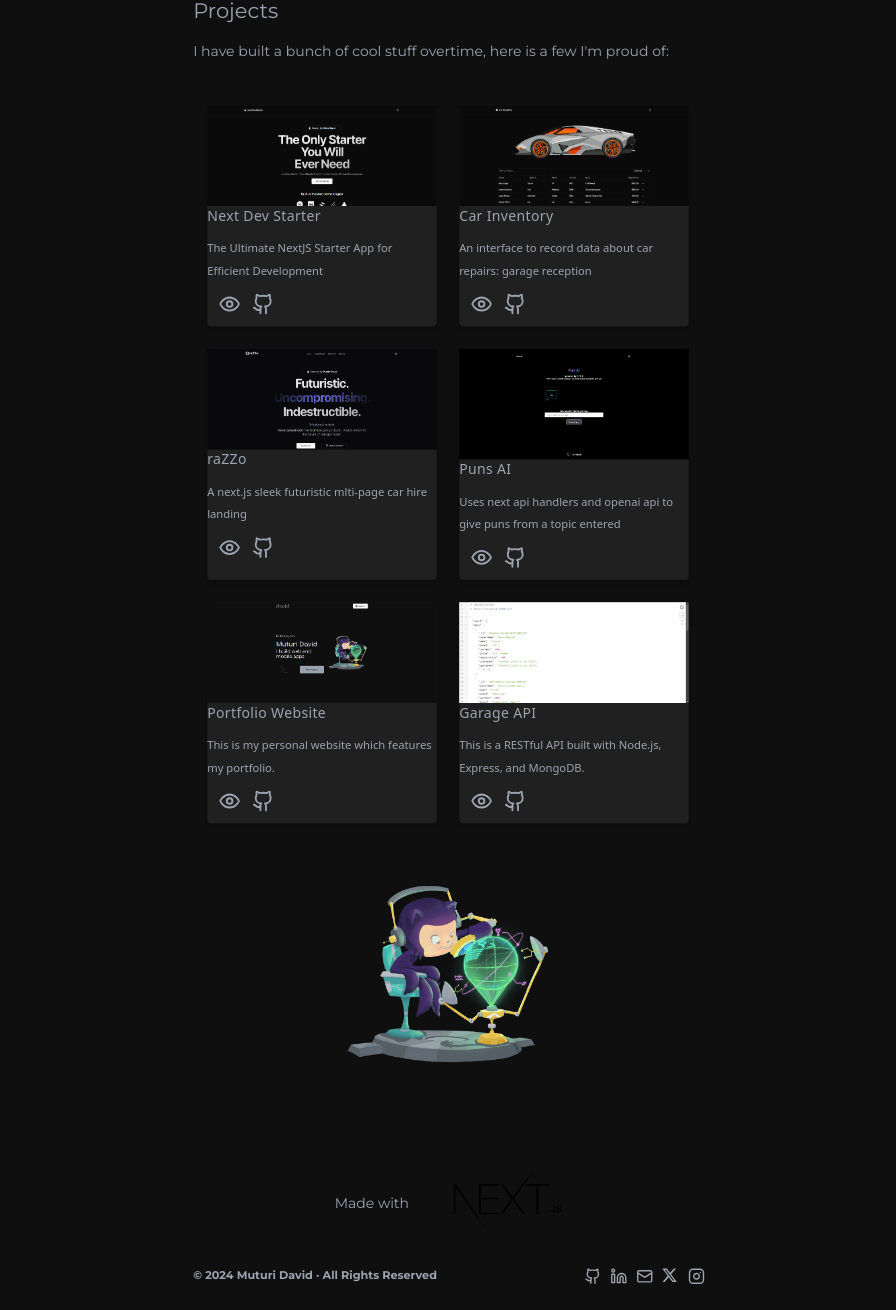
Repository: tushcmd/tushdev-portfolio
Page: /
These files come from the project's save history. The page is drawn as it stood at one moment and after the next save; the edit follows.
The browser window is 1280 px wide. The pictures show the part of the page from y = 2186 to 4106 px (the page is 4058 px tall before and 4106 px after), at 70% of full size.
The project was rebuilt for these pictures with package versions that can differ from the ones it lists, and the page was loaded fresh each time. The framework's server and built-in components were replaced by stand-ins that run in the browser. Also part of the build but not shown: next.config.js.

Above is the page before, as saved 2024-05-26 07:16:12.

After the next save:
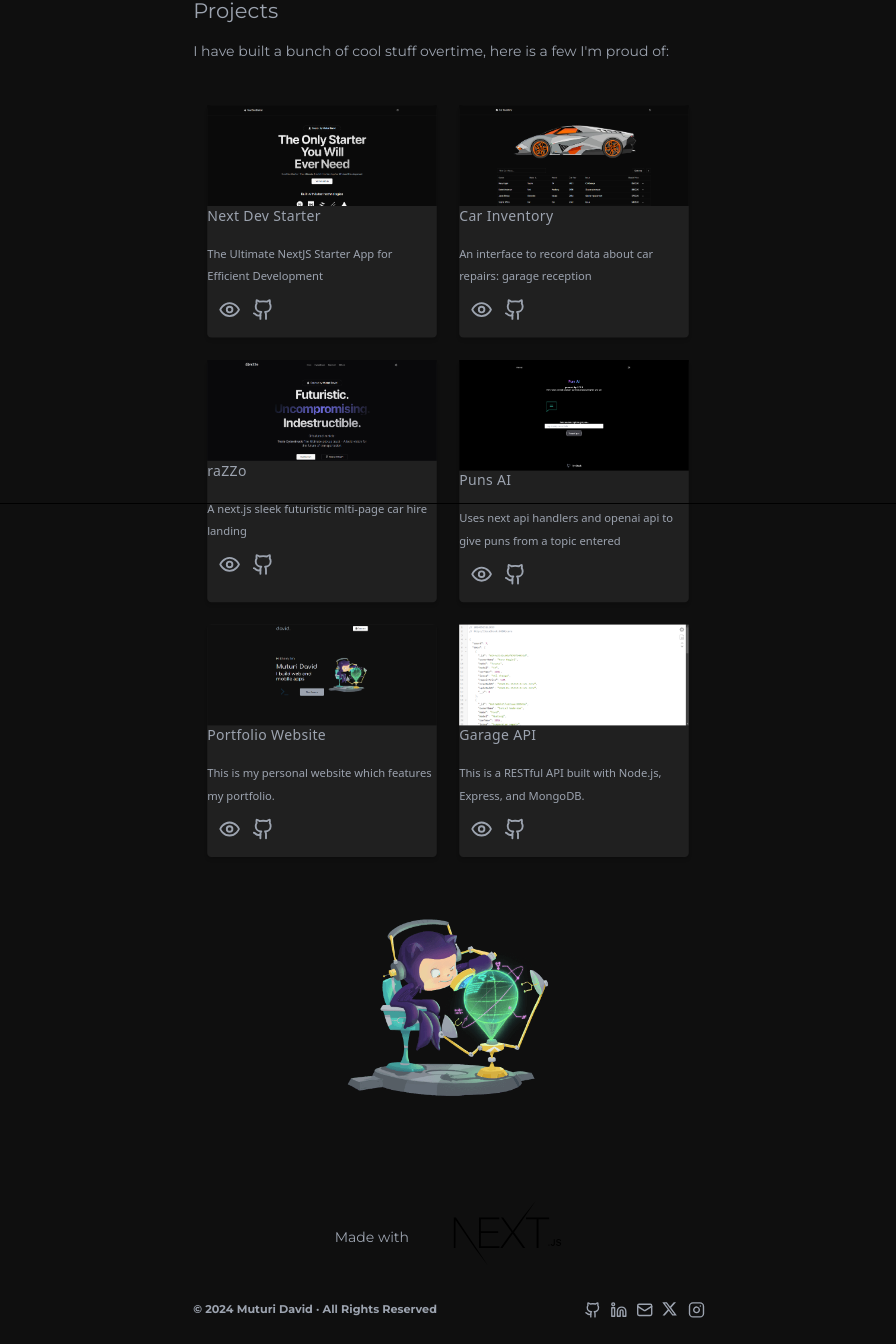
Saved 60 s later.
--- a/app/components/projects/projects-card.tsx
+++ b/app/components/projects/projects-card.tsx
@@ -7,20 +7,22 @@ export default function ProjectsCard({ url, img, github, title, text }: Projects
         <article className="rounded-md text-gray-400 bg-[#202020] shadow-md hover:shadow-xl duration-300">
 
             <Image
-                    src={img}
-                    alt={title}
-                    width={350}
-                    height={153}
-                />
+                src={img}
+                alt={title}
+                width={350}
+                height={153}
+            />
             <h2 className='text-xl tracking-wide font-medium'>{title}</h2>
-            <p className='mt-4 leading-loose'>{text}</p>
-            <div className='mt-4 flex gap-x-4 pb-4 pl-4'>
-                <a href={url} target='_blank'>
-                    <Eye className='h-8 w-8 text-gray-400 hover:text-black duration-300' />
-                </a>
-                <a href={github} target='_blank'>
-                    <Github className='h-8 w-8 text-gray-400 hover:text-black duration-300' />
-                </a>
+            <div className='py-2'>
+                <p className='mt-4 leading-loose'>{text}</p>
+                <div className='mt-4 flex gap-x-4 pb-4 pl-4'>
+                    <a href={url} target='_blank'>
+                        <Eye className='h-8 w-8 text-gray-400 hover:text-black duration-300' />
+                    </a>
+                    <a href={github} target='_blank'>
+                        <Github className='h-8 w-8 text-gray-400 hover:text-black duration-300' />
+                    </a>
+                </div>
             </div>
         </article>
     )
